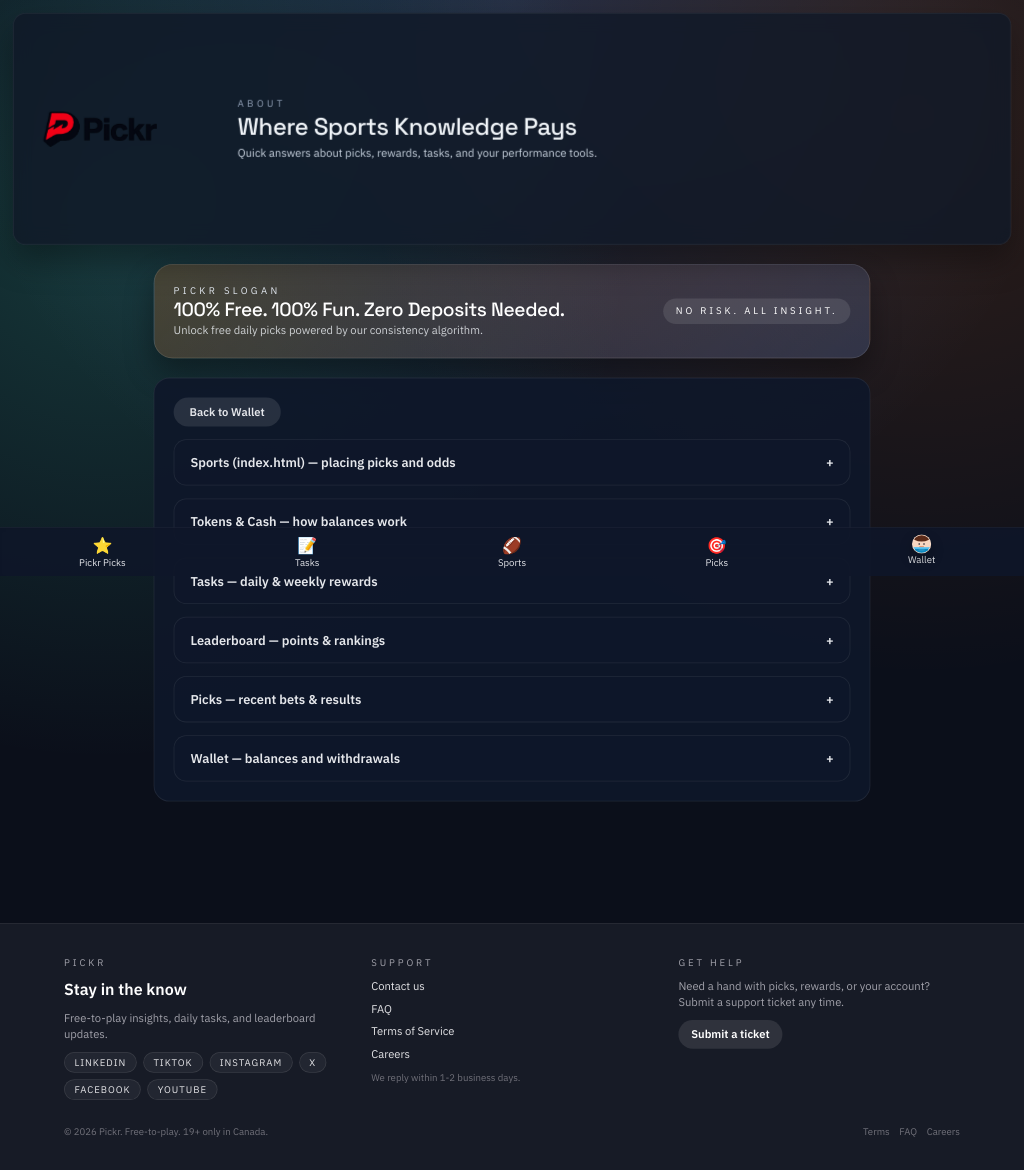
Repository: prav2004/therealdeal
Page: public/about.html
An editor plug-in stored every save of this project. The page is shown before and after the next save, followed by the edit.
The browser window is 1280 px wide. The pictures show the whole page, at 80% of full size.
The page's requests for data from a server got no answer. Some web libraries are served in a nearby version.

Above is the page before, as saved 2026-02-17 17:26:53.

After the next save:
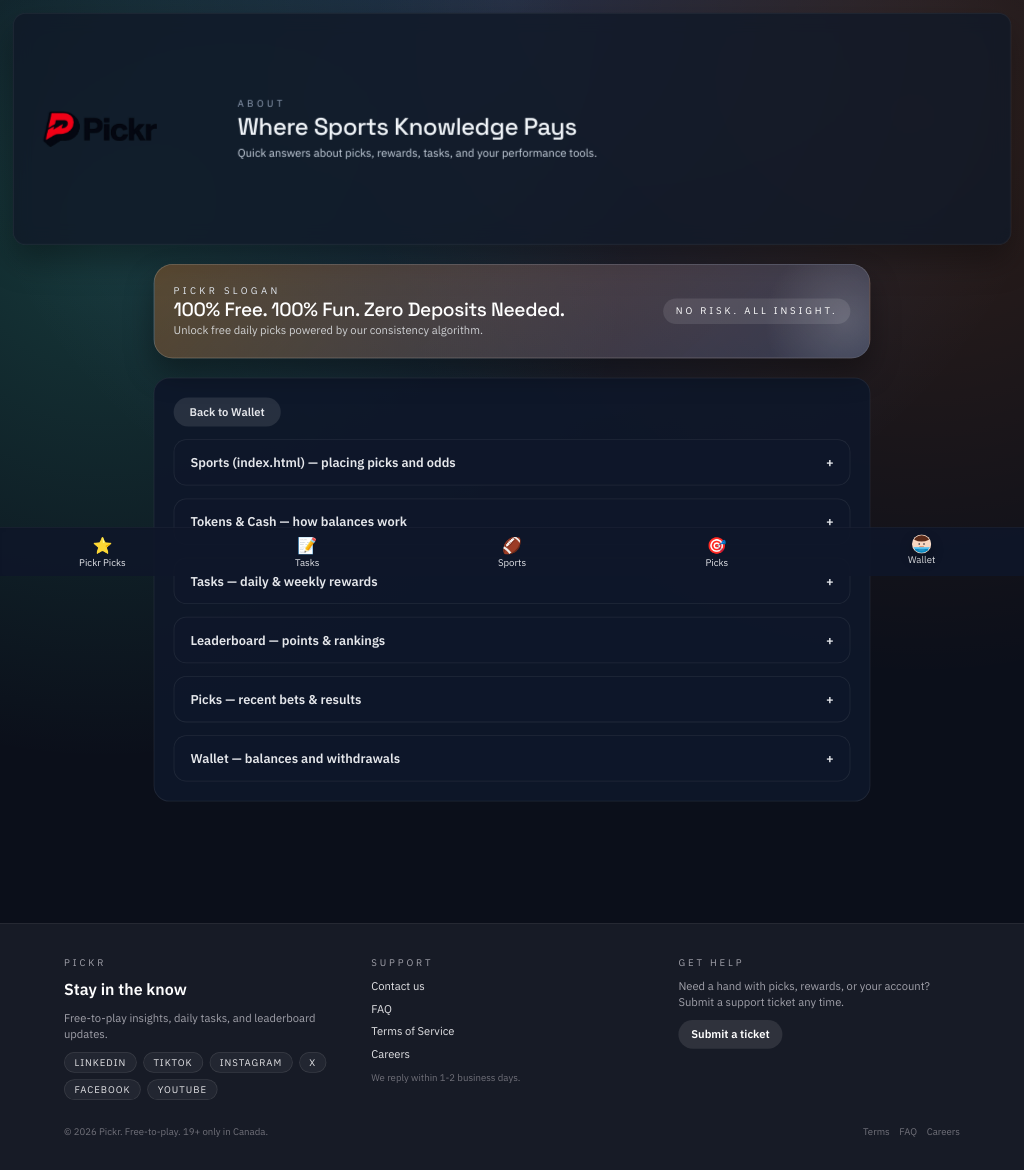
Saved 3 min 50 s later.
--- a/public/about.html
+++ b/public/about.html
@@ -35,6 +35,7 @@
         border: 1px solid rgba(255, 255, 255, 0.08);
         box-shadow: 0 20px 40px rgba(0, 0, 0, 0.35);
         backdrop-filter: blur(12px);
+        -webkit-backdrop-filter: blur(12px);
       }
       .panel {
         background: rgba(15, 23, 42, 0.92);
@@ -42,14 +43,27 @@
         border-radius: 1.25rem;
       }
       .slogan-panel {
-        background: linear-gradient(135deg, rgba(255, 122, 26, 0.2), rgba(122, 167, 255, 0.18));
-        border: 1px solid rgba(255, 255, 255, 0.12);
+        background: linear-gradient(135deg, rgba(255, 122, 26, 0.28), rgba(122, 167, 255, 0.22));
+        border: 1px solid rgba(255, 255, 255, 0.18);
         border-radius: 1.5rem;
         box-shadow: 0 18px 36px rgba(0, 0, 0, 0.35);
+        position: relative;
+        overflow: hidden;
       }
       .slogan-title {
         font-family: 'Space Grotesk', sans-serif;
         letter-spacing: -0.02em;
+      }
+      .slogan-panel::after {
+        content: '';
+        position: absolute;
+        top: -40px;
+        right: -80px;
+        width: 220px;
+        height: 220px;
+        background: radial-gradient(circle, rgba(255, 255, 255, 0.18), transparent 65%);
+        opacity: 0.9;
+        pointer-events: none;
       }
       .bottom-nav { padding-bottom: env(safe-area-inset-bottom); bottom: env(safe-area-inset-bottom); z-index: 50; }
       .page-main { padding-bottom: calc(6rem + env(safe-area-inset-bottom)); }
@@ -92,7 +106,7 @@
 
     <main class="flex-1 px-4 pt-6 page-main">
       <section class="slogan-panel max-w-4xl mx-auto p-6 mb-6">
-        <div class="flex flex-col gap-3 sm:flex-row sm:items-center sm:justify-between">
+        <div class="relative z-10 flex flex-col gap-3 sm:flex-row sm:items-center sm:justify-between">
           <div>
             <div class="text-xs uppercase tracking-[0.35em] text-slate-200">Pickr slogan</div>
             <h2 class="slogan-title text-2xl text-white">100% Free. 100% Fun. Zero Deposits Needed.</h2>
